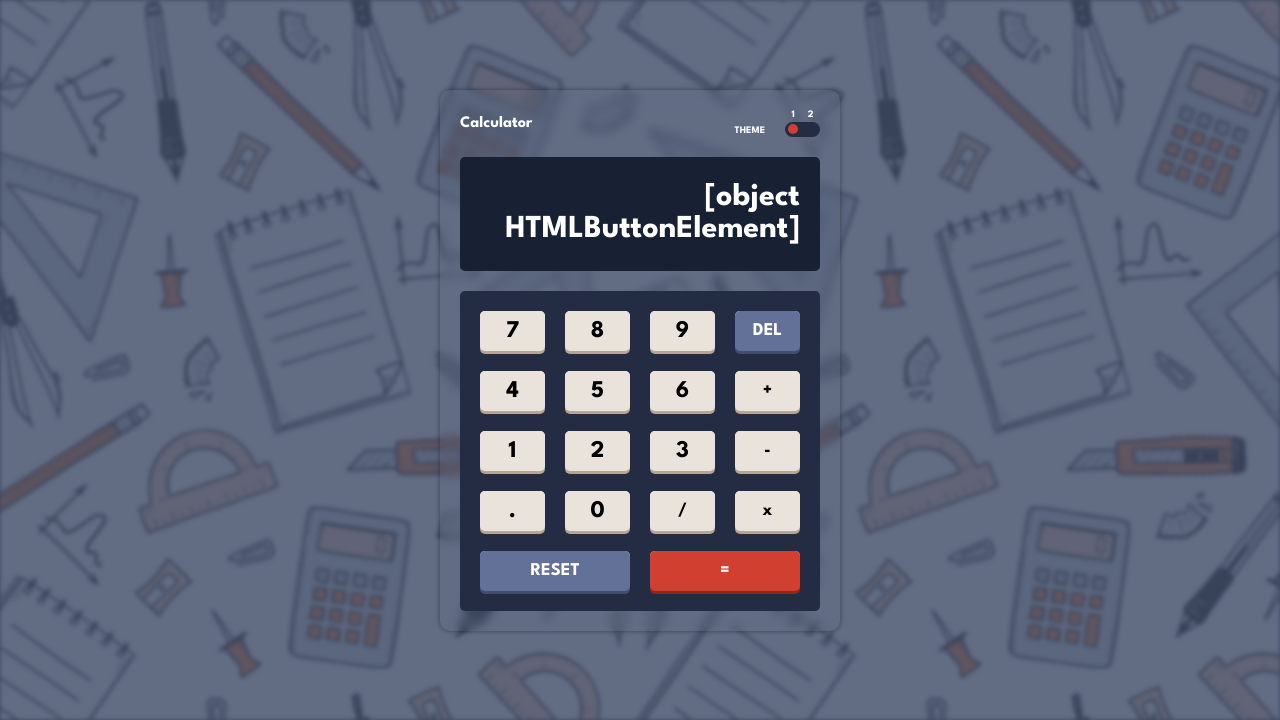
Repository: Ebtehal18/calculator
Page: index.html
These files come from the project's save history. The page is drawn as it stood at one moment and after the next save; the edit follows.
The browser window is 1280 px wide. The pictures show the whole page.
After loading, the first visible `button.calc__key` was clicked once.

Above is the page before, as saved 2024-02-05 17:41:10.

After the next save:
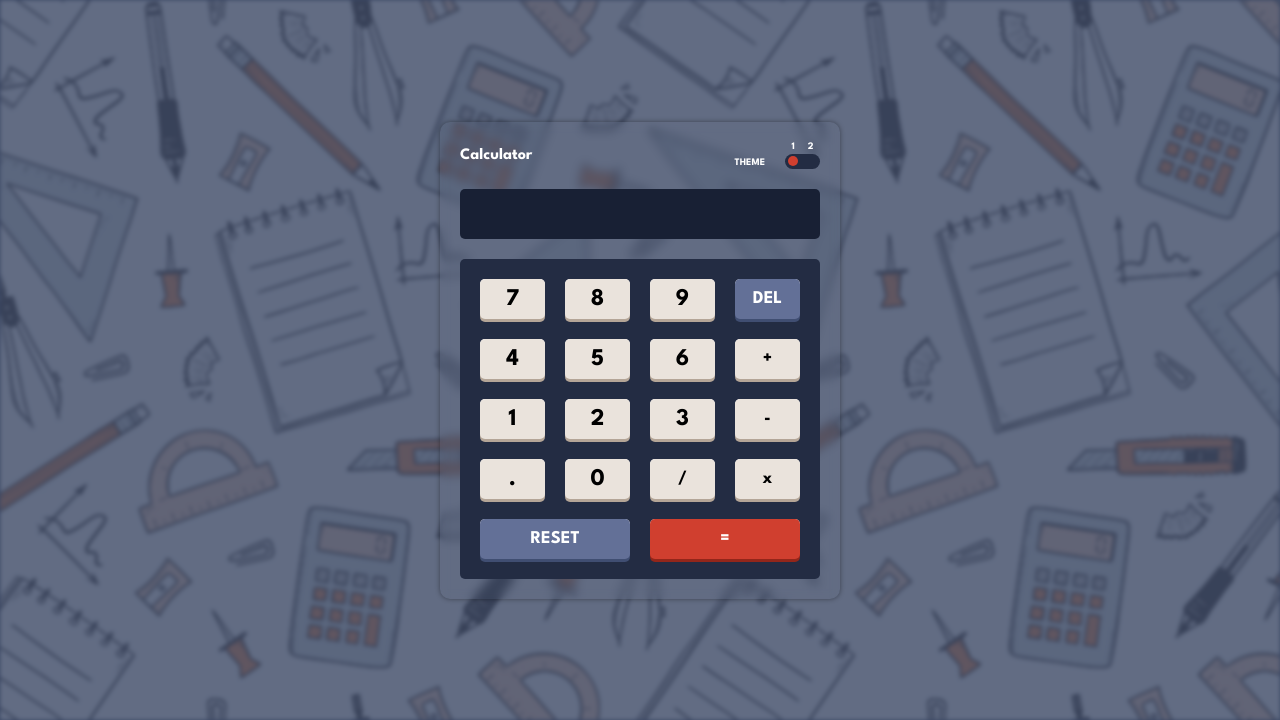
Saved 19 s later.
--- a/script.js
+++ b/script.js
@@ -16,6 +16,6 @@
 const result = document.querySelector(".calc__result");
 numbers.forEach((item) => {
   item.addEventListener("click", () => {
-    result.textContent = item;
+    result.textContent = item.value;
   });
 });

After the save that followed:
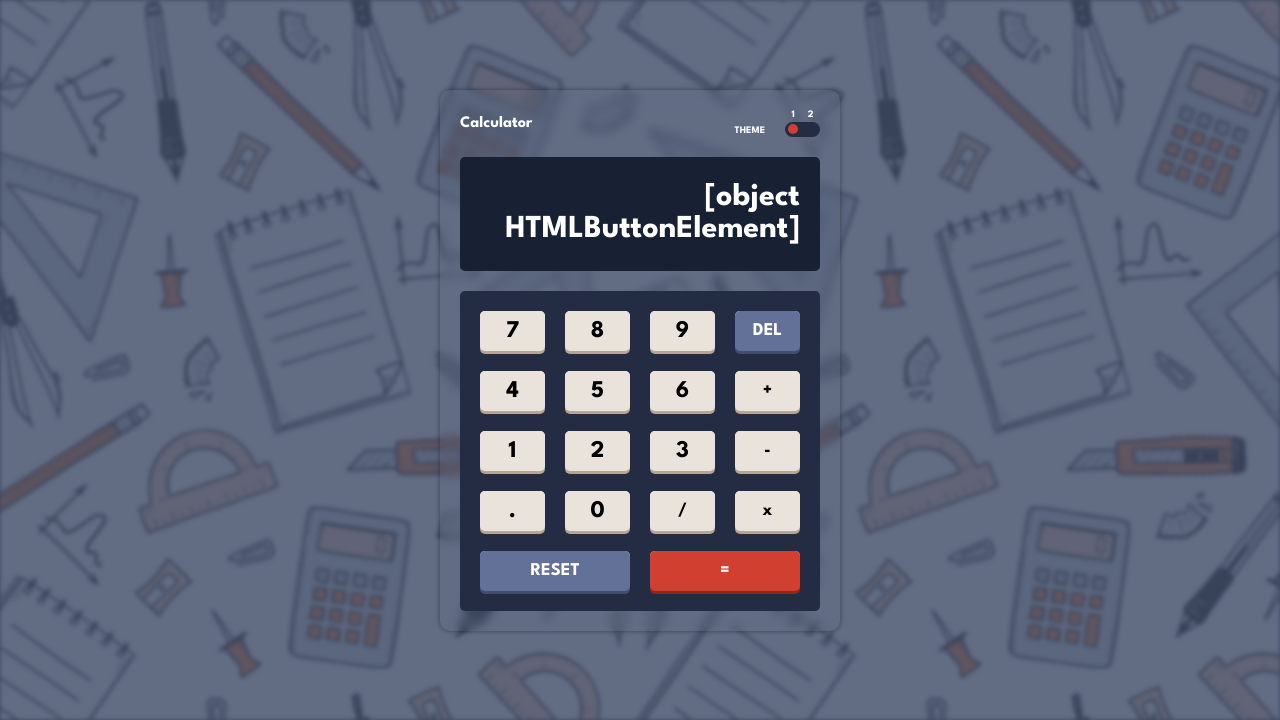
Saved 27 s later.
--- a/script.js
+++ b/script.js
@@ -16,6 +16,6 @@
 const result = document.querySelector(".calc__result");
 numbers.forEach((item) => {
   item.addEventListener("click", () => {
-    result.textContent = item.value;
+    result.textContent = item;
   });
 });
